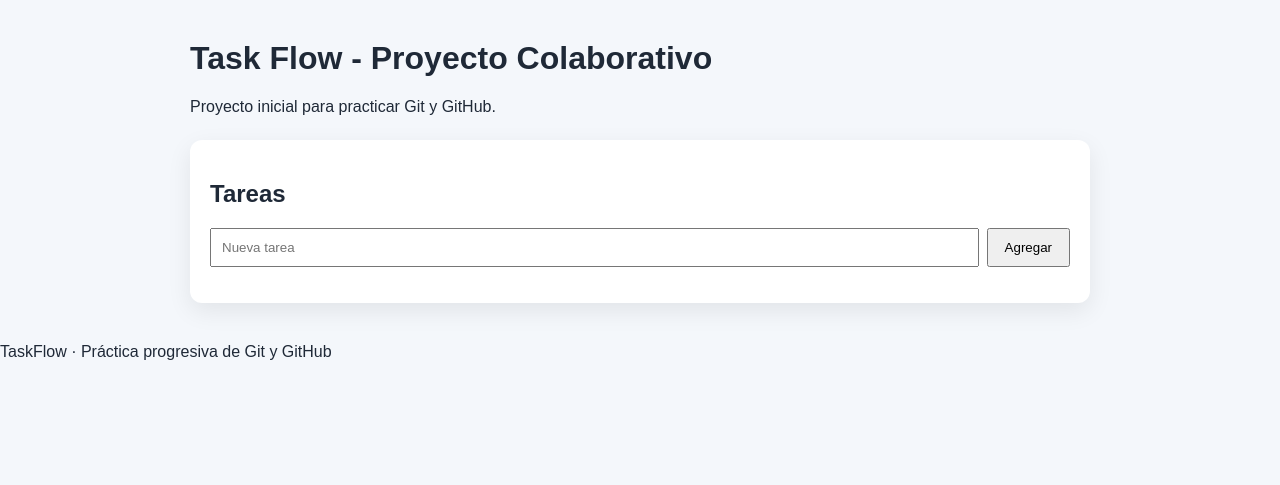
Repository: tomasheduan/task-flow
Page: index.html
An editor plug-in stored every save of this project. The page is shown before and after the next save, followed by the edit.
The browser window is 1280 px wide. The pictures show the whole page.

Above is the page before, as saved 2026-10-07 16:09:54.

After the next save:
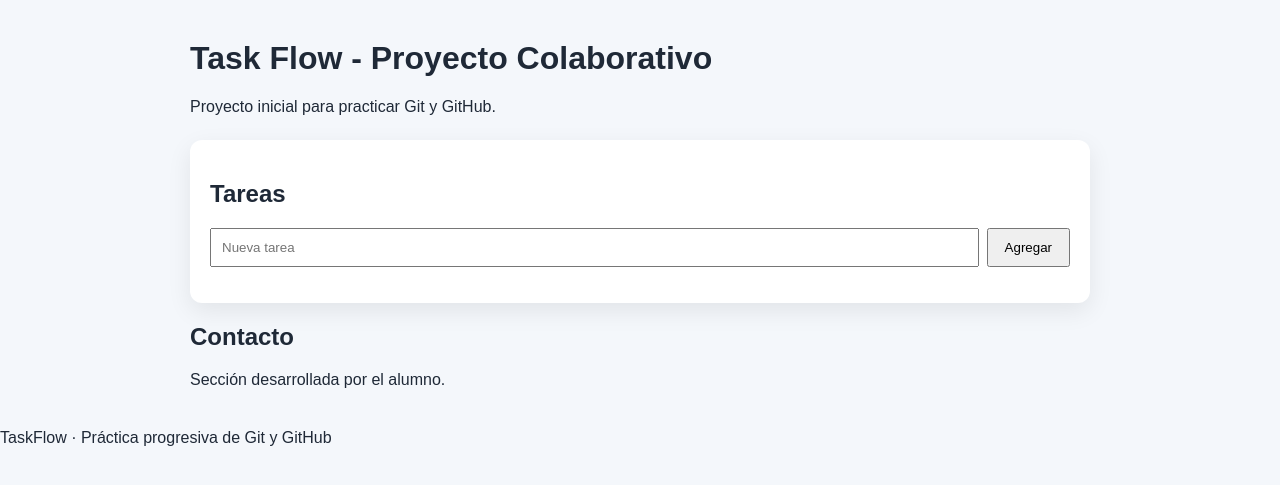
Saved 18 s later.
--- a/index.html
+++ b/index.html
@@ -19,6 +19,10 @@
       </form>
       <ul id="taskList"></ul>
     </section>
+    <section id="contacto">
+  <h2>Contacto</h2>
+  <p>Sección desarrollada por el alumno.</p>
+</section>
   </main>
 
 
